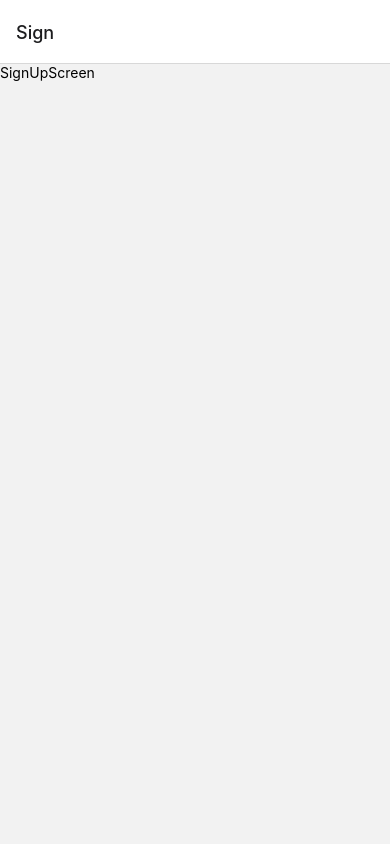
Repository: kgayathridevi/pregband
Screen: /
An editor plug-in stored every save of this project. The screen is shown before and after the next save, followed by the edit.
The app was drawn by React Native's web renderer in a window 390 px wide. The project was rebuilt for these pictures with package versions that can differ from the ones it lists, and the page was loaded fresh each time.

Above is the screen before, as saved 2023-04-28 11:17:10.

### App.js
import { NavigationContainer } from "@react-navigation/native";
import { createNativeStackNavigator } from "@react-navigation/native-stack";
import { StatusBar } from "expo-status-bar";
import { StyleSheet, Text, View } from "react-native";
import Home from "./component/Home";
import SignUpScreen from "./component/SignUpScreen";

const Stack = createNativeStackNavigator();
export default function App() {
  return (
    <NavigationContainer>
      <Stack.Navigator>
        <Stack.Screen name="Sign" component={SignUpScreen} />
      </Stack.Navigator>
    </NavigationContainer>
  );
}

const styles = StyleSheet.create({
  // container: {
  //   flex: 1,
  //   backgroundColor: '#fff',
  //   alignItems: 'center',
  //   justifyContent: 'center',
  // },
});

### component/SignUpScreen.jsx
import { StyleSheet, Text, View } from "react-native";
import React from "react";

const SignUpScreen = () => {
  return (
    <View>
      <Text>SignUpScreen</Text>
    </View>
  );
};

export default SignUpScreen;

const styles = StyleSheet.create({});

### component/Home.jsx
import { Button, StyleSheet, Text, View } from "react-native";
import React from "react";

const Home = () => {
  return (
    <View>
      <Text>Home</Text>
      <Button title="hel"></Button>
    </View>
  );
};

export default Home;

const styles = StyleSheet.create({});

After the next save:
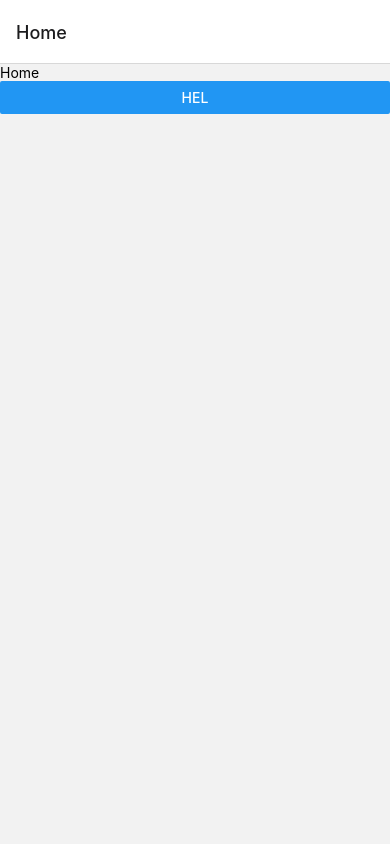
Saved 43 s later.
--- a/App.js
+++ b/App.js
@@ -10,6 +10,7 @@
   return (
     <NavigationContainer>
       <Stack.Navigator>
+        <Stack.Screen name="Home" component={Home} />
         <Stack.Screen name="Sign" component={SignUpScreen} />
       </Stack.Navigator>
     </NavigationContainer>

After the 2 saves that followed:
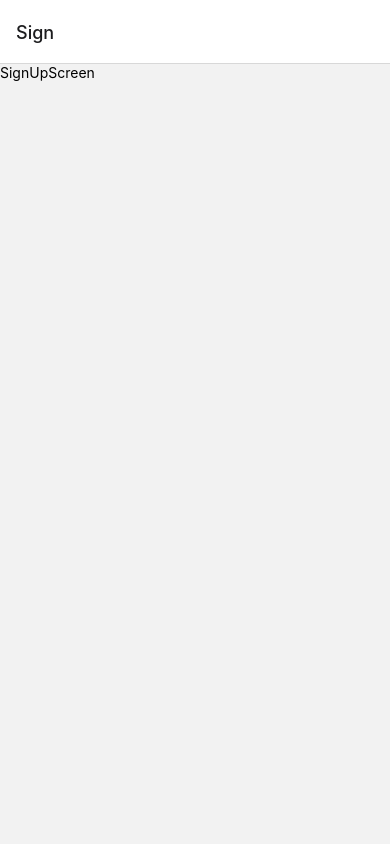
The 2 saves are shown as one change because 1 left the picture as it was.
The last was saved 22 s later.
--- a/App.js
+++ b/App.js
@@ -10,7 +10,6 @@
   return (
     <NavigationContainer>
       <Stack.Navigator>
-        <Stack.Screen name="Home" component={Home} />
         <Stack.Screen name="Sign" component={SignUpScreen} />
       </Stack.Navigator>
     </NavigationContainer>
